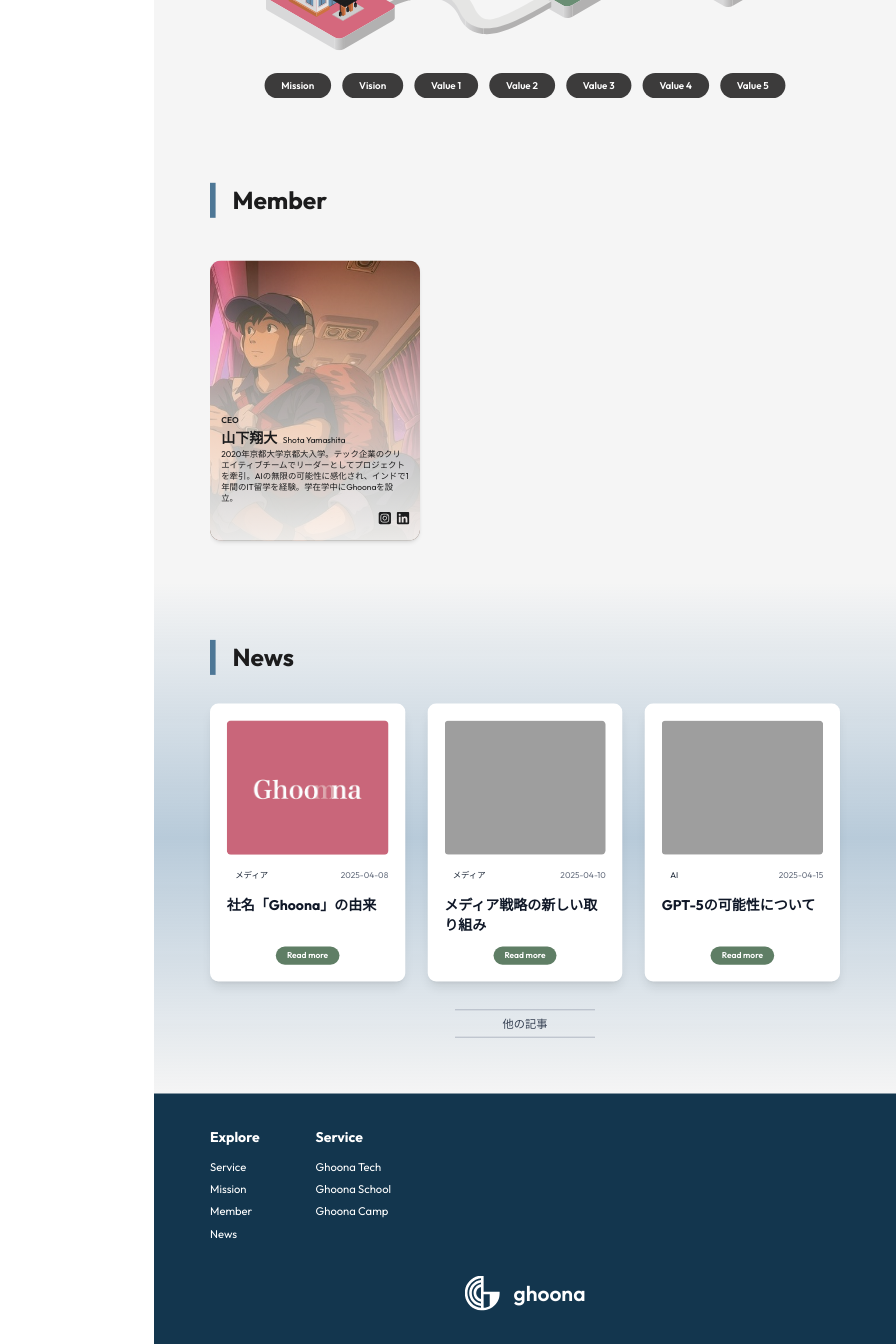
Repository: ShotaGhoona/ghoona-website
Page: /
The author's editor kept a copy of each file at every save. The page is drawn from the files as they stood at one save, then again after the next save.
The browser window is 1280 px wide. The pictures show the part of the page from y = 1923 to 3843 px (the page is 3843 px tall), at 70% of full size.
Pictures or frames that could not be fetched are drawn as grey boxes. The project was rebuilt for these pictures with package versions that can differ from the ones it lists, and the page was loaded fresh each time. The framework's server and built-in components were replaced by stand-ins that run in the browser. Also part of the build but not shown: next.config.ts.

Above is the page before, as saved 2025-04-12 09:21:14.

After the next save:
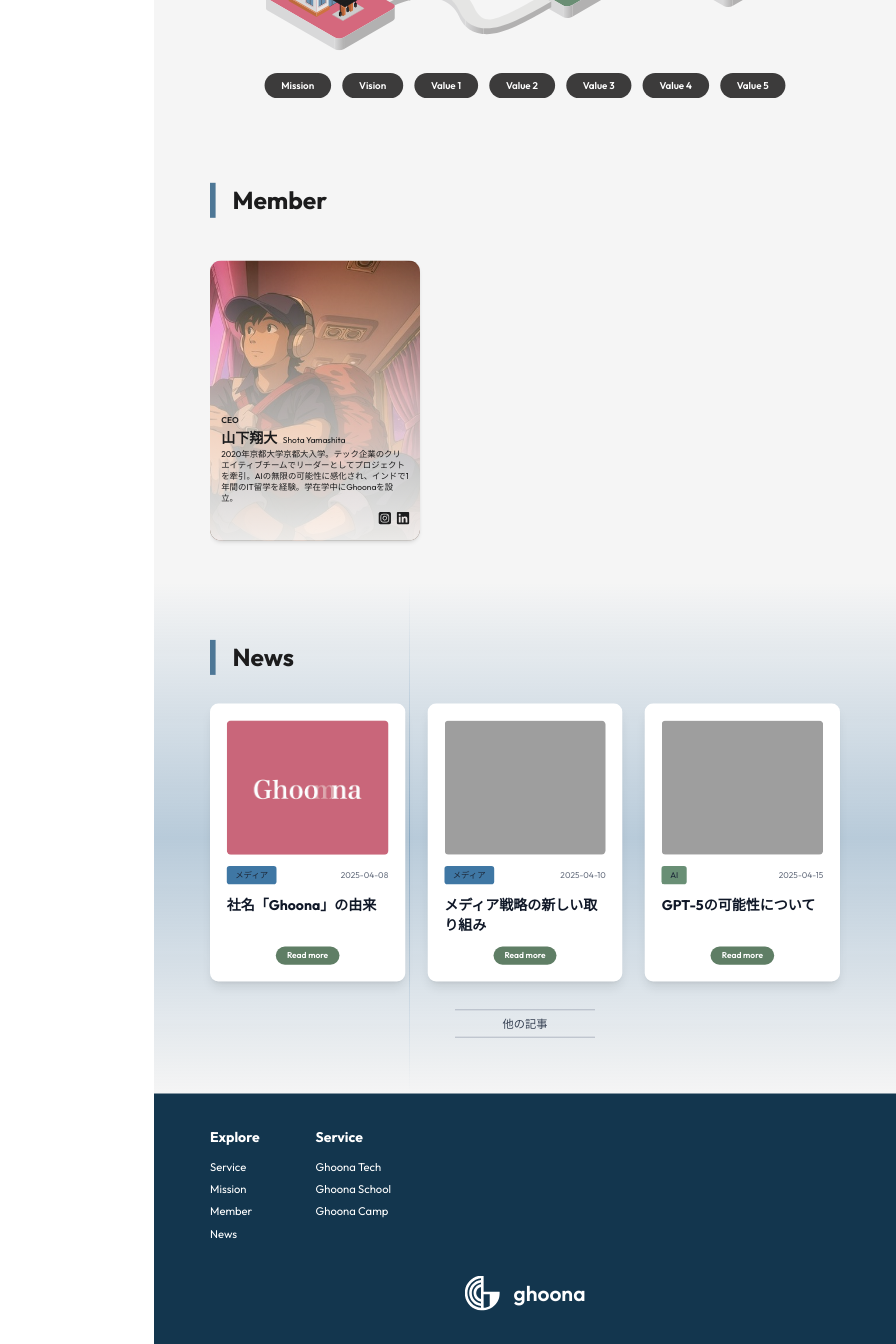
Saved 7 s later.
--- a/src/types/news.ts
+++ b/src/types/news.ts
@@ -8,7 +8,7 @@
   href: string;
 }
 export const tagColors: Record<BlogTag, string> = {
-  '技術ブログ': '#d5697e',
-  'メディア': '[#3f77a4]',
-  'AI': '[#698f75]',
+  '技術ブログ': 'bg-[#d5697e]',
+  'メディア': 'bg-[#3f77a4]',
+  'AI': 'bg-[#698f75]',
 };
